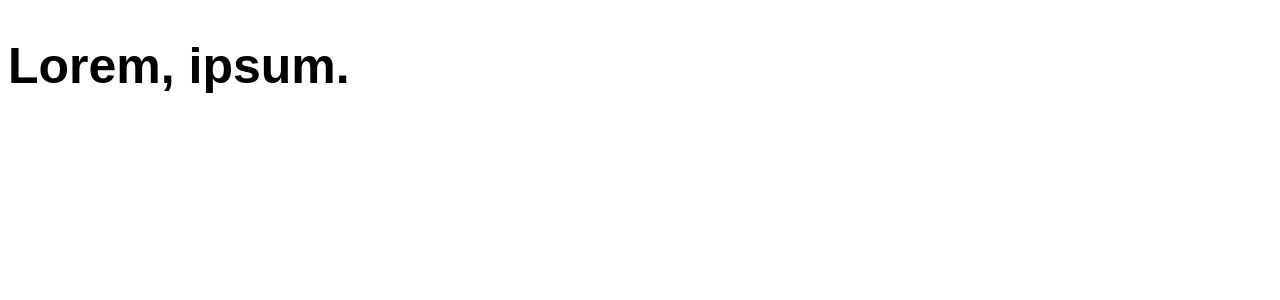
Repository: aSSasdy/assasdy.github.io
Page: index.html
The author's editor kept a copy of each file at every save. The page is drawn from the files as they stood at one save, then again after the next save.
The browser window is 1280 px wide. The pictures show the whole page.

Above is the page before, as saved 2021-11-28 16:03:25.

### index.html
<!DOCTYPE html>
<html lang="en">
<head>
    <meta charset="UTF-8">
    <meta http-equiv="X-UA-Compatible" content="IE=edge">
    <meta name="viewport" content="width=device-width, initial-scale=1.0">
    <title>Document</title>
    <link rel="stylesheet" href="css/style.css">
</head>
<body>
    <h1>Lorem, ipsum.</h1>
</body>
</html>

### css/style.css
html {
    font-size: 62.5%;
}
body {
    font: 400  2.5rem/1.3 Arial, Helvetica, sans-serif ;
}

After the next save:
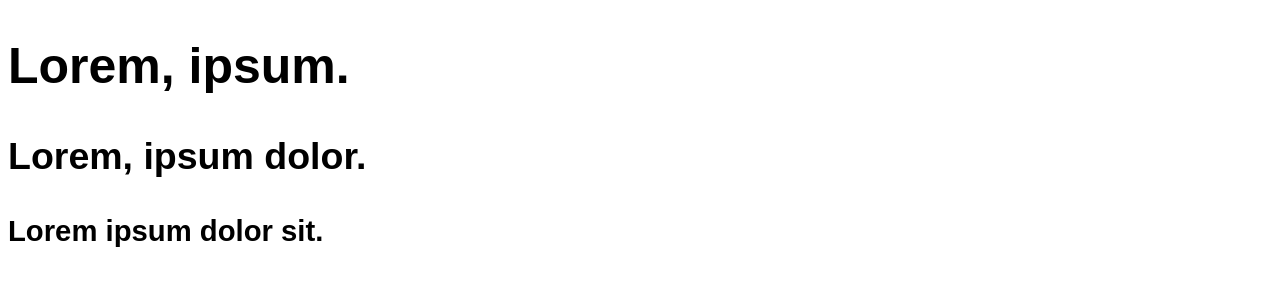
Saved 87 s later.
--- a/index.html
+++ b/index.html
@@ -9,5 +9,7 @@
 </head>
 <body>
     <h1>Lorem, ipsum.</h1>
+    <h2>Lorem, ipsum dolor.</h2>
+    <h3>Lorem ipsum dolor sit.</h3>
 </body>
 </html>
